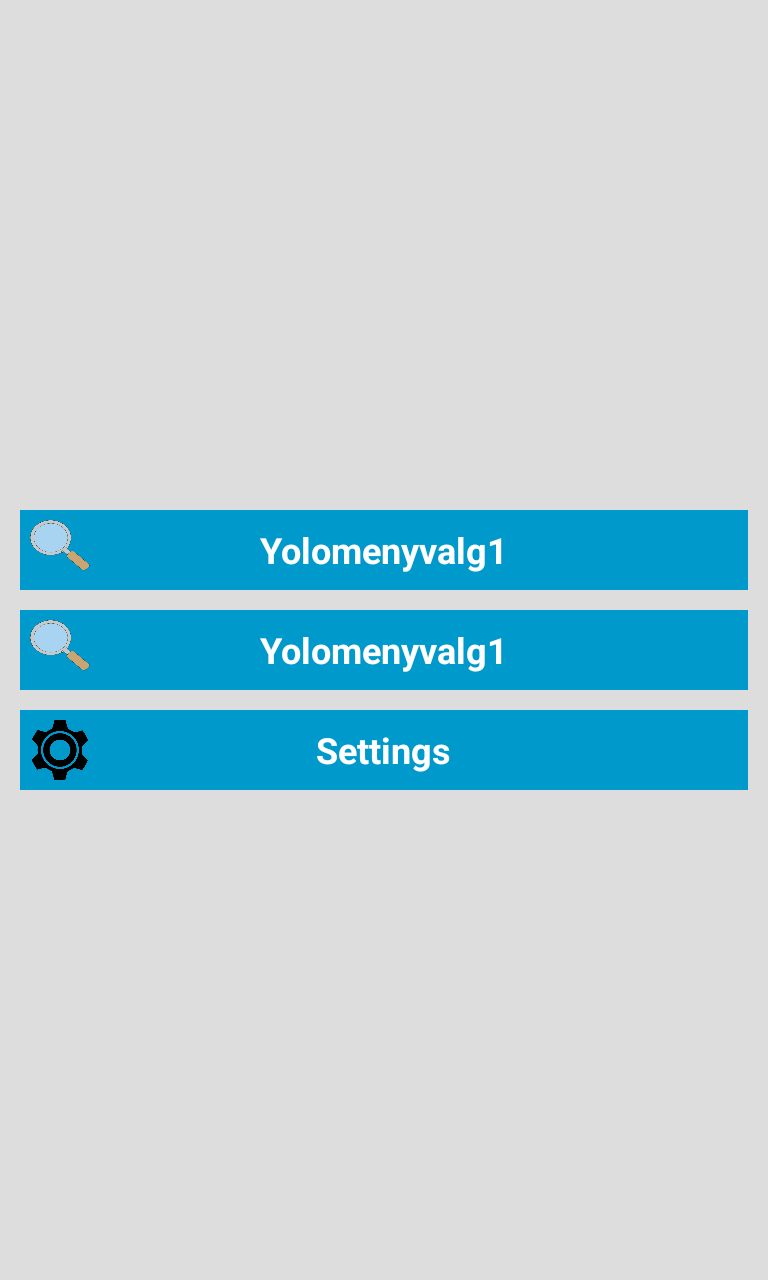
Repository: pumalove/workspace
Layout: MainActivity/res/layout/gridview.xml
An editor plug-in stored every save of this project. The layout is shown before and after the next save, followed by the edit.
It is drawn on a 768 x 1280 px phone screen (xhdpi) without system bars, with theme AppTheme; the app's code is not run. Lists and similar views that code fills are empty.

Above is the layout before, as saved 2014-03-18 13:24:13.

### MainActivity/res/layout/gridview.xml
<?xml version="1.0" encoding="utf-8"?>
<LinearLayout xmlns:android="http://schemas.android.com/apk/res/android"
    android:layout_width="match_parent"
    android:layout_height="wrap_content"
    android:orientation="vertical"
    android:padding="10dp"
    android:background="#DDDDDD"
    >

    <LinearLayout
        android:layout_marginBottom="20dp"
        android:layout_width="fill_parent"
        android:layout_height="wrap_content">

        <GridView
            android:id="@+id/gridview"
            android:layout_width="fill_parent"
            android:layout_height="225dp"
            android:columnWidth="90dp"
            android:numColumns="auto_fit"
            android:verticalSpacing="5dp"
            android:horizontalSpacing="5dp"
            android:stretchMode="columnWidth"
            android:gravity="center"
            />
	</LinearLayout>


    <LinearLayout
        android:id="@+id/linearlayout2"
        android:layout_width="fill_parent"
        android:layout_height="wrap_content"
        android:layout_gravity="center"
        android:orientation="vertical"
        android:layout_below="@id/gridview">

        <LinearLayout
            android:id="@+id/customButton1"
            android:layout_width="fill_parent"
            android:layout_height="wrap_content"
            android:layout_marginBottom="10dp"
            android:orientation="horizontal"
            android:clickable="true"
            android:focusable="true"
            android:background="@drawable/custom_buttons"
            >

            <ImageView
                android:id="@+id/imageView1"
                android:layout_width="40dp"
                android:layout_height="40dp"
                android:scaleType="centerCrop"
                android:src="@drawable/sample_0"
                android:padding="5dp" />

			<LinearLayout
			    android:layout_width="fill_parent"
            	android:layout_height="wrap_content"
            	android:gravity="center"
            	android:layout_gravity="center" >
            	<TextView
                	android:layout_width="wrap_content"
                	android:layout_height="wrap_content"
                	android:layout_gravity="center"
                	android:text="Yolomenyvalg1"
                	android:textColor="#FFFFFF"
                	android:textSize="18dp"
                	android:layout_marginRight="40dp"
                	android:textStyle="bold"/>
			</LinearLayout>
		</LinearLayout>


        <LinearLayout
            android:id="@+id/customButton2"
            android:layout_width="fill_parent"
            android:layout_height="wrap_content"
            android:layout_marginBottom="10dp"
            android:orientation="horizontal"
            android:gravity="center"
            android:clickable="true"
            android:focusable="true"
            android:background="@drawable/custom_buttons"
            >

            <ImageView
                android:id="@+id/imageView2"
                android:layout_width="40dp"
                android:layout_height="40dp"
                android:scaleType="centerCrop"
                android:src="@drawable/sample_0"
                android:padding="5dp" />

           <LinearLayout
			    android:layout_width="fill_parent"
            	android:layout_height="wrap_content"
            	android:gravity="center"
            	android:layout_gravity="center" >
            	<TextView
                	android:layout_width="wrap_content"
                	android:layout_height="wrap_content"
                	android:layout_gravity="center"
                	android:text="Yolomenyvalg1"
                	android:textColor="#FFFFFF"
                	android:textSize="18dp"
                	android:layout_marginRight="40dp"
                	android:textStyle="bold"/>
			</LinearLayout>

        </LinearLayout>

        <LinearLayout
            android:id="@+id/customButton3"
            android:layout_width="fill_parent"
            android:layout_height="wrap_content"
            android:layout_marginBottom="10dp"
            android:orientation="horizontal"
            android:gravity="center"
            android:clickable="true"
            android:focusable="true"
            android:background="@drawable/custom_buttons"
            >

            <ImageView
                android:id="@+id/imageView3"
                android:layout_width="40dp"
                android:layout_height="40dp"
                android:scaleType="centerCrop"
                android:src="@drawable/settings"
                android:padding="5dp" />

            <LinearLayout
			    android:layout_width="fill_parent"
            	android:layout_height="wrap_content"
            	android:gravity="center"
            	android:layout_gravity="center" >
            	<TextView
                	android:layout_width="wrap_content"
                	android:layout_height="wrap_content"
                	android:layout_gravity="center"
                	android:text="@string/action_settings"
                	android:textColor="#FFFFFF"
                	android:textSize="18dp"
                	android:layout_marginRight="40dp"
                	android:textStyle="bold"/>
			</LinearLayout>

        </LinearLayout>
    </LinearLayout>



</LinearLayout>

### MainActivity/res/values/styles.xml
<resources xmlns:android="http://schemas.android.com/apk/res/android">

    <!--
        Base application theme, dependent on API level. This theme is replaced
        by AppBaseTheme from res/values-vXX/styles.xml on newer devices.
    -->
    <style name="AppBaseTheme" parent="android:Theme.Light">
        <!--
            Theme customizations available in newer API levels can go in
            res/values-vXX/styles.xml, while customizations related to
            backward-compatibility can go here.
        -->
    </style>

    <!-- Application theme. -->
    <style name="AppTheme" parent="AppBaseTheme">
        <!-- All customizations that are NOT specific to a particular API-level can go here. -->
    </style>

</resources>

### MainActivity/res/values-v11/styles.xml
<resources>

    <!--
        Base application theme for API 11+. This theme completely replaces
        AppBaseTheme from res/values/styles.xml on API 11+ devices.
    -->
    <style name="AppBaseTheme" parent="android:Theme.Holo.Light">
        <!-- API 11 theme customizations can go here. -->
    </style>

</resources>

### MainActivity/res/drawable/custom_buttons.xml
<?xml version="1.0" encoding="utf-8"?>
<selector xmlns:android="http://schemas.android.com/apk/res/android">

  <item android:state_pressed="true" >
    <shape>
      <solid android:color="#FF0000" />
    </shape>
  </item>

  <item android:state_focused="true" >
    <shape>
      <solid android:color="#DDDDDD" />
    </shape>
  </item>

  <item>
    <shape>
      <solid android:color="@android:color/holo_blue_dark" />
    </shape>
  </item>

</selector>

### MainActivity/res/values/strings.xml
<?xml version="1.0" encoding="utf-8"?>
<resources>

    <string name="app_name">intelligenceTest</string>
    <string name="action_settings">Settings</string>
    <string name="title_section1">Section 1</string>
    <string name="title_section2">Section 2</string>
    <string name="title_section3">Section 3</string>
    <string name="scan_only_qr_codes">Scan Only QR Codes</string>
    <string name="scan">Scan</string>

</resources>

After the next save:
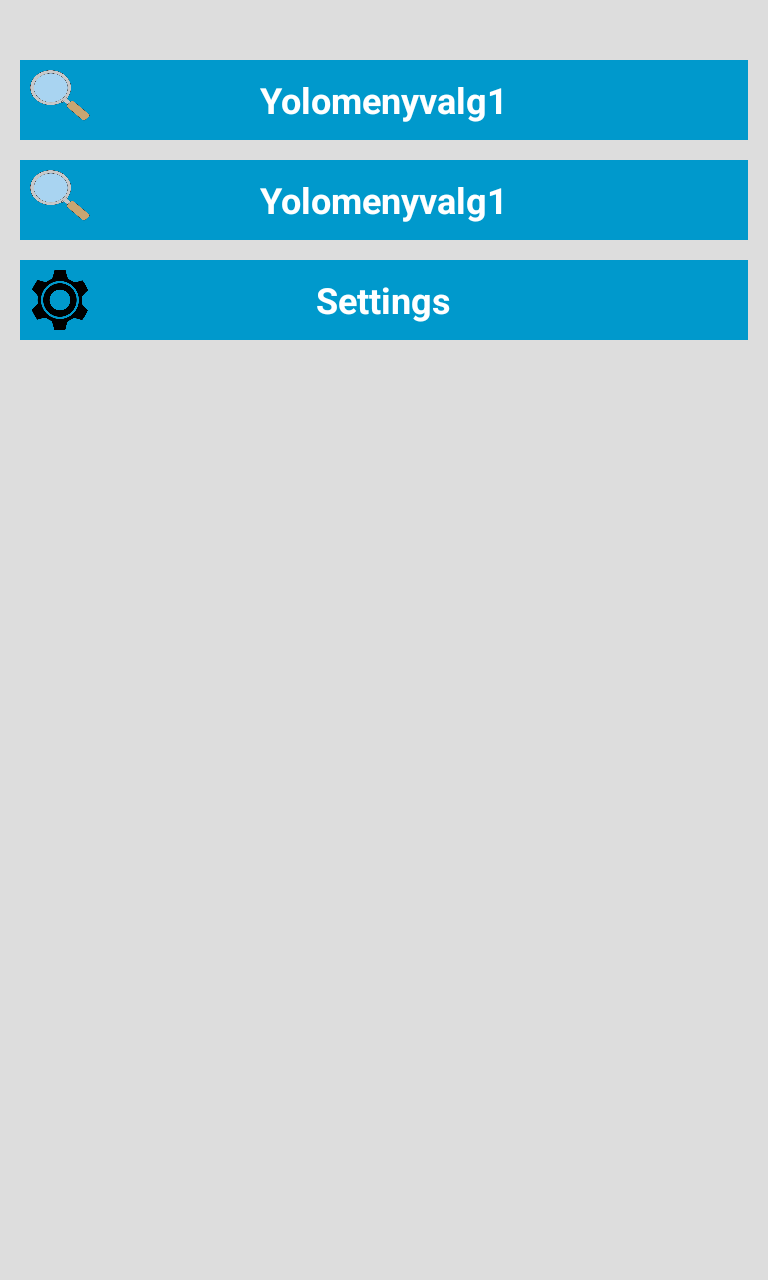
Saved 70 s later.
--- a/MainActivity/res/layout/gridview.xml
+++ b/MainActivity/res/layout/gridview.xml
@@ -15,7 +15,7 @@
         <GridView
             android:id="@+id/gridview"
             android:layout_width="fill_parent"
-            android:layout_height="225dp"
+            android:layout_height="wrap_content"
             android:columnWidth="90dp"
             android:numColumns="auto_fit"
             android:verticalSpacing="5dp"
